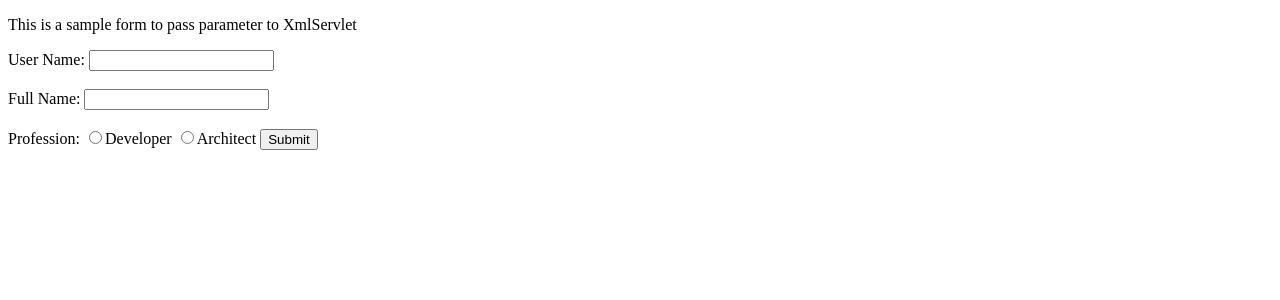
Repository: baijuachari/Servlet-JSPs
Page: SimpleServlet/WebContent/SampleForm.html
An editor plug-in stored every save of this project. The page is shown before and after the next save, followed by the edit.
The browser window is 1280 px wide. The pictures show the whole page.

Above is the page before, as saved 2016-07-10 20:54:10.

### SimpleServlet/WebContent/SampleForm.html
<!DOCTYPE html>
<html>
<head>
<meta charset="ISO-8859-1">
<title>Simple Form to pass parameter to servlet</title>
</head>
<body>
	<form method="post" action="xmlServletPath">
		<p>This is a sample form to pass parameter to XmlServlet</p>
		User Name: <input name="userName" />
		<br><br>
		Full Name: <input name="fullName" />
		<br><br>
		Profession:
		<input type="radio" name="prof" value="Developer">Developer</input>
		<input type="radio" name="prof" value="Architect">Architect</input>
		<input type="submit"/>
	</form>
</body>
</html>

After the next save:
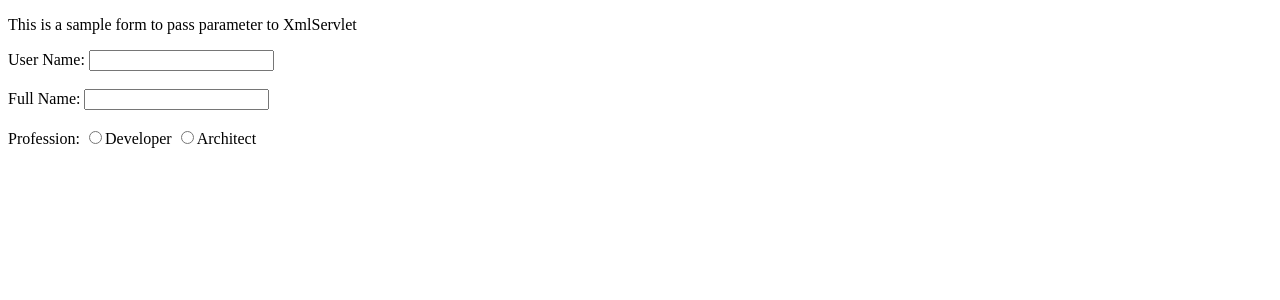
Saved 100 s later.
--- a/SimpleServlet/WebContent/SampleForm.html
+++ b/SimpleServlet/WebContent/SampleForm.html
@@ -12,9 +12,8 @@
 		Full Name: <input name="fullName" />
 		<br><br>
 		Profession:
-		<input type="radio" name="prof" value="Developer">Developer</input>
-		<input type="radio" name="prof" value="Architect">Architect</input>
-		<input type="submit"/>
+		<input type="radio" name="prof" value="Developer">Developer
+		<input type="radio" name="prof" value="Architect">Architect
 	</form>
 </body>
 </html>
